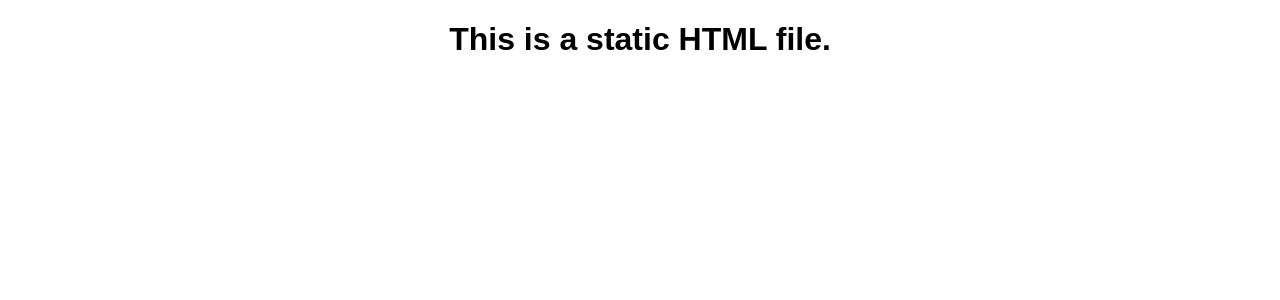
Repository: prattrv/WMDD-4925-W3
Page: http://localhost/file-test
The author's editor kept a record of every edit. The page is drawn from the files as they stood at one moment, then again after the next edit.
The browser window is 1280 px wide. The pictures show the whole page.
The page is served by the project's Node server (app.js).

Above is the page before.

### public/test.html
<!DOCTYPE html>
<html lang="en">
<head>
    <meta charset="UTF-8">
    <meta name="viewport" content="width=device-width, initial-scale=1.0">
    <meta http-equiv="X-UA-Compatible" content="ie=edge">
    <title>Test</title>
    <link rel="stylesheet" href="style.css" type="text/css" />
</head>
<body>
    <h1>This is a static HTML file.</h1>
</body>
</html>

### app.js
const express = require('express')
const app = express()

// let staticMiddleware = express.static('public')
// app.use(staticMiddleware)

app.get('/file-test', (req, res) => {
    res.sendFile(__dirname + '/public/test.html')
})

app.set('port', process.env.PORT || 8080)

const server = app.listen(app.get('port'), () => {
    console.log('Server listening on ', app.get('port'))
})

### public/style.css
body {
    width: 60%;
    margin: auto;
    text-align: center;
    font-family: Arial
}

After the next edit:
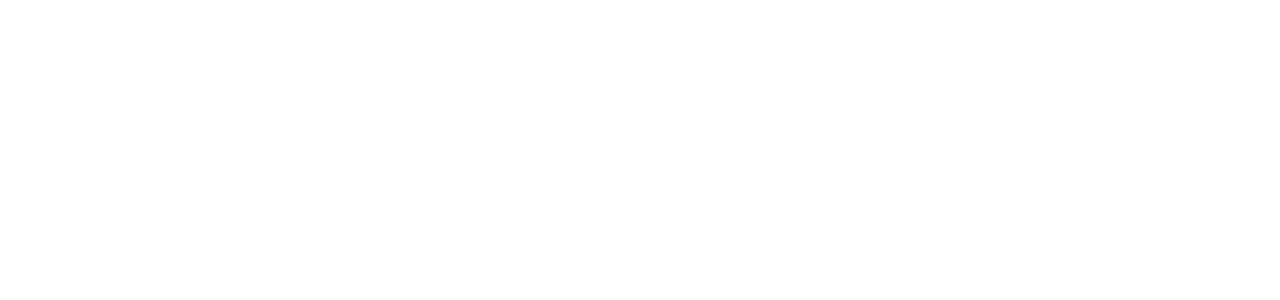
The edit:
--- a/app.js
+++ b/app.js
@@ -6,6 +6,7 @@
 
 app.get('/file-test', (req, res) => {
     res.sendFile(__dirname + '/public/test.html')
+    res.sendFile(__dirname + '/public/style.css')
 })
 
 app.set('port', process.env.PORT || 8080)

After the 2 edits that followed:
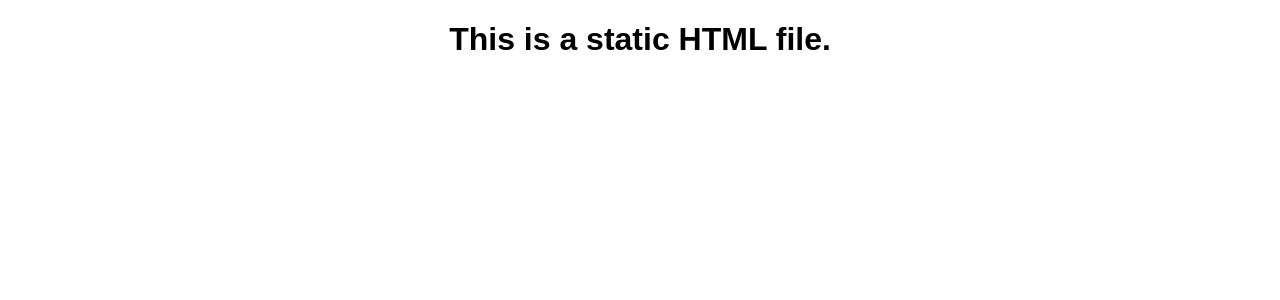
The 2 edits are shown as one change because 1 left the picture as it was.
The edit:
--- a/app.js
+++ b/app.js
@@ -1,12 +1,13 @@
 const express = require('express')
 const app = express()
 
-// let staticMiddleware = express.static('public')
-// app.use(staticMiddleware)
+let staticMiddleware = express.static('public')
+app.use(staticMiddleware)
+
+app.set('view engine', 'ejs') //Embedded JS
 
 app.get('/file-test', (req, res) => {
     res.sendFile(__dirname + '/public/test.html')
-    res.sendFile(__dirname + '/public/style.css')
 })
 
 app.set('port', process.env.PORT || 8080)
